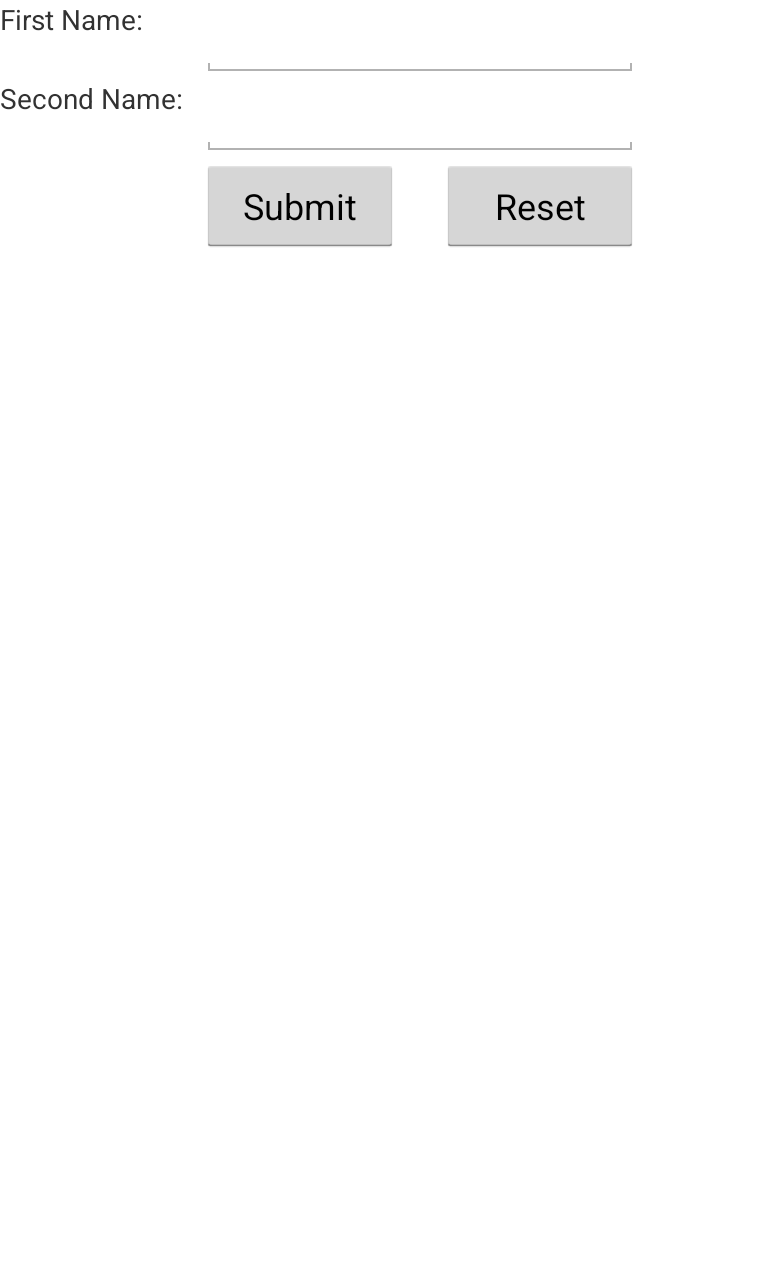
Repository: hugoM1/trainingNaranya
Layout: Layouts/res/layout/activity_relative_layout.xml
An editor plug-in stored every save of this project. The layout is shown before and after the next save, followed by the edit.
It is drawn on a 768 x 1280 px phone screen (xhdpi) without system bars, with theme AppTheme; the app's code is not run.

Above is the layout before, as saved 2013-08-14 02:39:10.

After the next save:
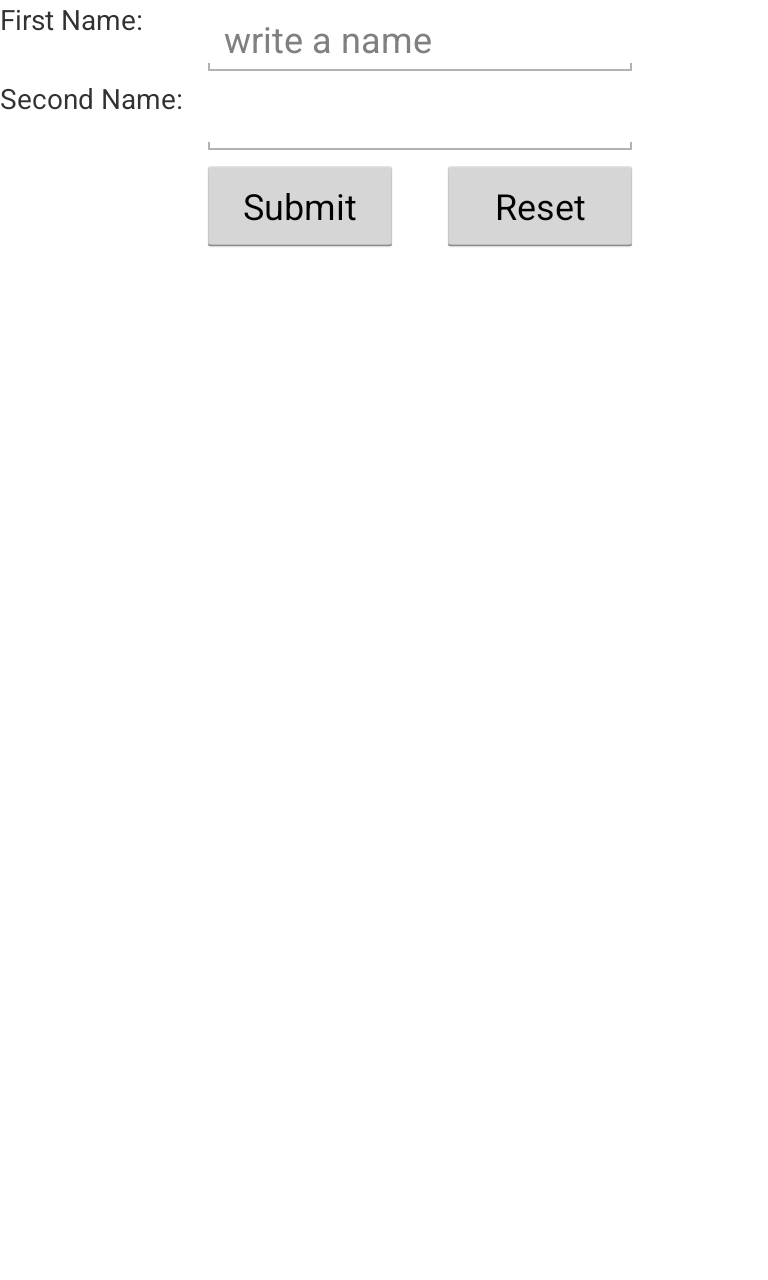
Saved 13 s later.
--- a/Layouts/res/layout/activity_relative_layout.xml
+++ b/Layouts/res/layout/activity_relative_layout.xml
@@ -14,7 +14,8 @@
 	    android:id="@+id/EditText1"
 	    android:layout_width="220dp"
 		android:layout_height="wrap_content"
-		android:layout_toRightOf="@+id/TextView1" />
+		android:layout_toRightOf="@+id/TextView1"
+		android:hint="@string/text_hint1"/>
 	<EditText
 	    android:id="@+id/EditText2"
 	    android:layout_width="220dp"
